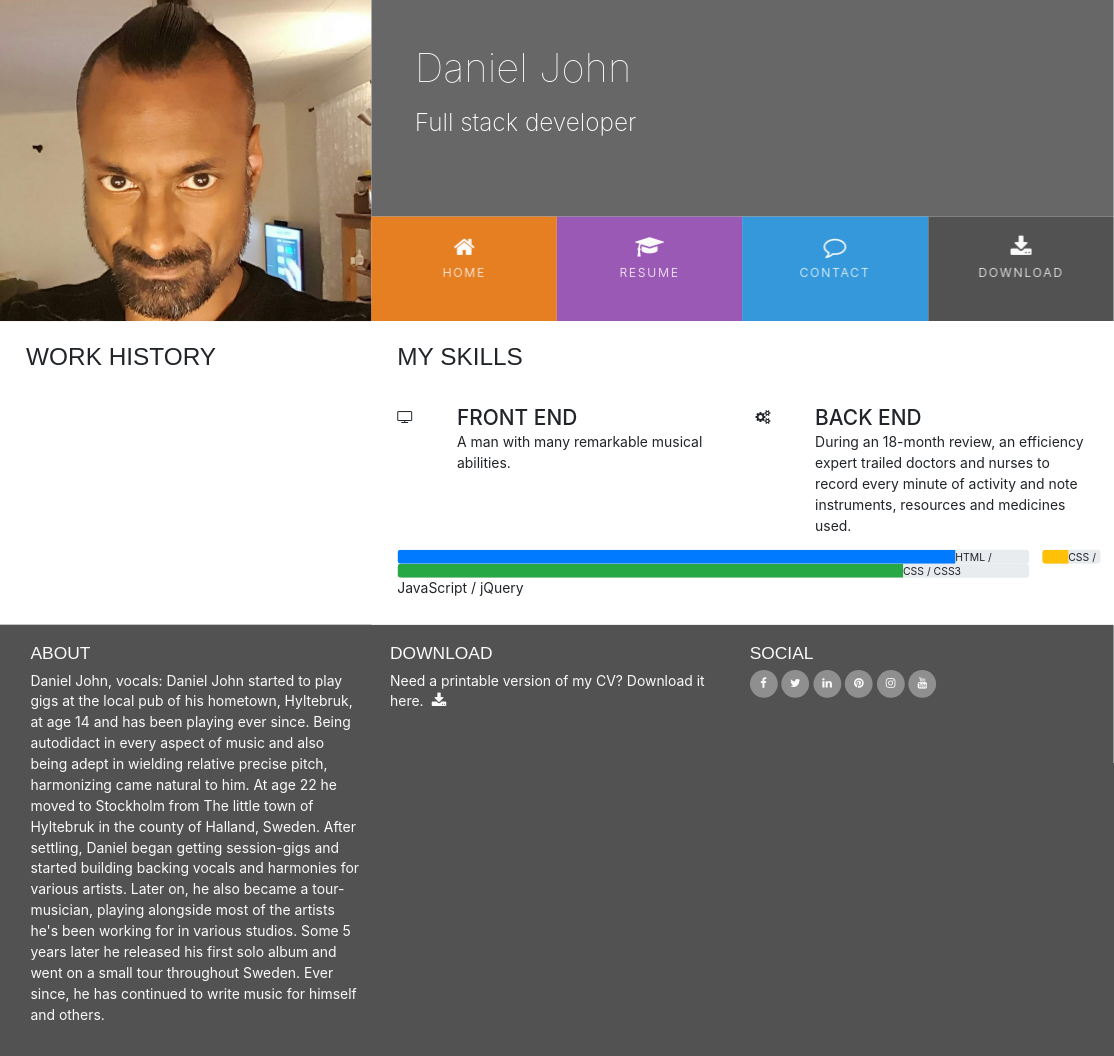
Repository: Jadehammar/initial-commit
Page: resume.html
The author's editor kept a record of every edit. The page is drawn from the files as they stood at one moment, then again after the next edit.
The browser window is 1280 px wide. The pictures show the whole page, at 87% of full size.

Above is the page before.

### resume.html
<!DOCTYPE html>
<html lang="en">

<head>
    <meta charset="UTF-8">
    <meta name="viewport" content="width=device-width, initial-scale=1.0">
    <meta http-equiv="X-UA-Compatible" content="ie=edge">
    <link rel="stylesheet" href="https://stackpath.bootstrapcdn.com/font-awesome/4.7.0/css/font-awesome.min.css" type="text/css" />
    <link rel="stylesheet" href="https://cdnjs.cloudflare.com/ajax/libs/hover.css/2.3.1/css/hover-min.css" type="text/css" />
    <link rel="stylesheet" href="https://stackpath.bootstrapcdn.com/bootstrap/4.3.1/css/bootstrap.min.css" type="text/css" />
    <link rel="stylesheet" href="assets/css/style.css" type="text/css" />
    <title>Daniel John resume</title>
</head>
<body>
    <header>
        <div class="row no-gutters">
            <a href="index.html" class="col-md-4 logo"></a>
            <div class="col-md-8">
                <div class="row no-gutters bg-color-name-title">
                    <div class="col heading">
                        <h1 class="name">Daniel John</h1>
                        <h2 class="title">Full stack developer</h2>
                    </div>
                </div>
                <div class="row no-gutters">
                    <div class="col">
                        <ul id="nav" class="list-inline menucontainer">
                            <li class="col-6 col-sm-3 ui-menue-color-home list-inline-item menueitem">
                                <a href="#" class="hvr-sweep-to-bottom"><i class="fa fa-home" aria-hidden="true"></i><span>Home</span></a>
                            </li>
                            <li class="col-6 col-sm-3 ui-menue-color-resume list-inline-item menueitem">
                                <a href="#" class="hvr-sweep-to-bottom"><i class="fa fa-graduation-cap" aria-hidden="true"></i><span>Resume</span></a>
                            </li>
                            <li class="col-6 col-sm-3 ui-menue-color-contact list-inline-item menueitem">
                                <a href="#" class="hvr-sweep-to-bottom"><i class="fa fa-comment-o" aria-hidden="true"></i><span>Contact</span></a>
                            </li>
                            <li class="col-6 col-sm-3 ui-menue-color-download list-inline-item menueitem">
                                <a href="#" class="hvr-sweep-to-bottom"><i class="fa fa-download" aria-hidden="true"></i><span>Download</span></a>
                            </li>

                        </ul>
                    </div>
                </div>
            </div>
    </header>
    <section class="container-fluid">
        <div class="row">
            <div class="col-md-4 bg-color-personal-info section-column">
                <div class="row">
                    <div class="col-12">
                        <h3 class="section-heading uppercase">
                            Work history
                        </h3>
                    </div>
                </div>
            </div>
            <div class="col-md-8 bg-color-three-reasons section-column">
                <div class="row">
                    <div class="col">
                        <h3 class="section-heading uppercase">My Skills</h3>
                    </div>
                </div>
                <div class="row">
                    <div class="col-10 offset-1 offset-sm-0 col-sm-4 col-md-6">
                        <div class="row">
                            <div class="col-2">
                                <i class="three-reasons-icon fa fa-tv" aria-hidden="true"></i>
                            </div>
                            <div class="col-10">
                                <h4 class="three-reasons-heading uppercase">Front End</h4>
                                <p>
                                    A man with many remarkable musical abilities.
                                </p>
                            </div>
                        </div>
                    </div>
                    <div class="col-10 offset-1 offset-sm-0 col-sm-4 col-md-6">
                        <div class="row">
                            <div class="col-2">
                                <i class="three-reasons-icon fa fa-gears" aria-hidden="true"></i>
                            </div>
                            <div class="col-10">
                                <h4 class="three-reasons-heading uppercase">Back End</h4>
                                <p>
                                    During an 18-month review, an efficiency expert trailed doctors and nurses to record every minute of activity and note instruments, resources and medicines used.
                                </p>
                            </div>
                        </div>
                    </div>
                </div>
                <div class="row progress-section">
                    <div class="col">
                        <div class="progress">
                            <div class="progress-bar" role="progressbar" aria-valuenow="90" aria-valuemin="0" aria-valuemax="100" style="width:90%;">
                                <span class="sr-only">90% complete</span>
                            </div>
                            <span class="progress-type">HTML / HTML5</span>
                        </div>
                        <div class="progress">
                            <div class="progress-bar bg-success" role="progressbar" aria-valuenow="80" aria-valuemin="0" aria-valuemax="100" style="width:80%;">
                                <span class="sr-only">80% complete</span>
                            </div>
                            <span class="progress-type">CSS / CSS3</span>
                        </div>
                        <div class="progress-bar bg-info" role="progressbar" aria-valuenow="70" aria-valuemin="0" aria-valuemax="100" style="width:70%;">
                                <span class="sr-only">70% complete</span>
                            </div>
                            <span class="progress-type">JavaScript / jQuery</span>
                        </div>
                        <div class="progress">
                            <div class="progress-bar bg-warning" role="progressbar" aria-valuenow="80" aria-valuemin="0" aria-valuemax="100" style="width:80%;">
                                <span class="sr-only">80% complete</span>
                            </div>
                            <span class="progress-type">CSS / CSS3</span>
                        </div>
                </div>
            </div>
    </section>
    <footer class="container-fluid">
        <div id="footer-details" class="row">
            <div class="col-sm-4">
                <h5 class="uppercase general-sub">About</h5>
                <p class="inline-block">
                    Daniel John, vocals: Daniel John started to play gigs at the local pub of his hometown, Hyltebruk, at age 14 and has been playing ever since. Being autodidact in every aspect of music and also being adept in wielding relative precise pitch, harmonizing
                    came natural to him. At age 22 he moved to Stockholm from The little town of Hyltebruk in the county of Halland, Sweden. After settling, Daniel began getting session-gigs and started building backing vocals and harmonies for various
                    artists. Later on, he also became a tour-musician, playing alongside most of the artists he's been working for in various studios. Some 5 years later he released his first solo album and went on a small tour throughout Sweden. Ever
                    since, he has continued to write music for himself and others.
                </p>
            </div>
            <div class="col-sm-4">
                <h5 class="uppercase general-sub">Download</h5>
                <p class="inline-block">
                    Need a printable version of my CV? Download it here.
                    <a href="#" taraget="_blank" class="cv-pdf">
                        <i class="fa fa-download" aria-hidden="true"></i>
                        <span class="sr-only">Download link.</span>
                    </a>
                </p>
            </div>
            <div class="col-sm-4">
                <h5 class="uppercase general-sub">social</h5>
                <ul class="list-inline social-links">
                    <li class="list-inline-item">
                        <a target="_blank" href="#">
                            <i class="fa fa-facebook" aria-hidden="true"></i>
                            <span class="sr-only">Facebook</span>
                        </a>
                    </li>
                    <li class="list-inline-item">
                        <a target="_blank" href="#">
                            <i class="fa fa-twitter" aria-hidden="true"></i>
                            <span class="sr-only">Twitter</span>
                        </a>
                    </li>
                    <li class="list-inline-item">
                        <a target="_blank" href="#">
                            <i class="fa fa-linkedin" aria-hidden="true"></i>
                            <span class="sr-only">LinkedIn</span>
                        </a>
                    </li>
                    <li class="list-inline-item">
                        <a target="_blank" href="#">
                            <i class="fa fa-pinterest" aria-hidden="true"></i>
                            <span class="sr-only">Pinterest</span>
                        </a>
                    </li>
                    <li class="list-inline-item">
                        <a target="_blank" href="#">
                            <i class="fa fa-instagram" aria-hidden="true"></i>
                            <span class="sr-only">Instagram</span>
                        </a>
                    </li>
                    <li class="list-inline-item">
                        <a target="_blank" href="#">
                            <i class="fa fa-youtube" aria-hidden="true"></i>
                            <span class="sr-only">YouTube</span>
                        </a>
                    </li>
                </ul>
            </div>
        </div>

    </footer>

</body>

</html>

### assets/css/style.css
@import url('https://fonts.googleapis.com/css?family=Roboto:100,200,300,400,500,600,700│exo:100,200,300,400,500,600,700');

/*---------------------------------------------color-------------------------------------*/

.bg-color-name-title {
    background-color: #676767;
}

.bg-color-three-reasons {
    background-color: #fff;
}

.ui-menue-color-home {
    background-color: #e67e22;

}

.ui-menue-color-resume {
    background-color: #9b59b6;

}

.ui-menue-color-contact {
    background-color: #3498db;

}

.ui-menue-color-download {
    background-color: #525252;

}


/*---------------------------------------------Special padding/margins/text-------------------------------------*/

h1,
h2,
h3,
h4 {
    margin: 0;
}

.uppercase {
    text-transform: uppercase;
}

.general-sub {
    font-family: "Exo", sans-serif;
    font-weight: 300;
    color: #fafafa;
}

.inline-block {
    display: inline-block;
}

.row-table {
    display: table;
}

.section-column{
    display: table-cell;
    padding: 0 30px 30px;
    float: none;
}

.section-heading{
    font-family: "Exo", sans-serif;
    font-weight: 300;
    margin-bottom: 40px;
    margin-top: 25px;
}
/*---------------------------------------------Heading-------------------------------------*/

header {
    margin: 0;
}

.heading {
    margin-left: 50px;

}

.logo {
    background: url("../images/närbild_p.jpg");
    background-position: center;
    background-repeat: no-repeat;
    background-size: cover;
    min-height: 360px;
    transition: all .75s ease-in-out;
    -moz-transition: all .75s ease-in-out;
    -webkit-transition: all .75s ease-in-out;
    -o-transition: all .75s ease-in-out;
}

.name {
    font-family: "Exo" sans-serif;
    font-weight: 100;
    font-size: 46px;
    margin-top: 50px;
    color: #fff;
}

.title {
    font-family: "Roboto" sans-serif;
    font-weight: 200;
    font-size: 28px;
    margin-top: 20px;
    margin-bottom: 90px;
    color: #fff;
}

.list-inline-item:not(:last-child) {
    margin: 0;
}

.menucontainer {
    font-size: 0;
}

#nav li {
    font-size: 14px;
    padding: 0;
}

#nav {
    margin: 0;
}

.menueitem {
    height: 120px;
    text-align: center;
    padding: 0;
}

.menueitem a {
    width: 100%;
    text-decoration: none;
    color: #fff;
    height: 120px;
}

.menueitem a i {
    padding-top: 22px;
    display: block;
    color: #fafafa;
    font-size: 26px;
}

.menueitem span {
    display: block;
    width: 100%;
    padding-top: 5px;
    text-align: center;
    text-transform: uppercase;
    font-size: 14px;
    font-weight: 300;
    letter-spacing: 2px;
}


/*---------------------------------------------Hover.css-------------------------------------*/

.hvr-sweep-to-bottom:before {
    background: rgba(0, 0, 0, 0.2);
    height: 120px;
}

/*---------------------------------------------Footer-------------------------------------*/

footer {
    background-color: #525252;
    color: #fafafa;
    min-height: 120px;
    margin: 0;
}

.cv-pdf i {
    font-size: 18px;
    color: #fafafa;
    text-align: center;
    padding-left: 5px;
    transition: all 0.35s ease-in-out;
    -moz-transition: all 0.35s ease-in-out;
    -webkit-transition: all 0.35s ease-in-out;
    -o-transition: all 0.35 ease-in-out;
}

.cv-pdf i:hover {
    color: #e84160;
}

.social-links {
    padding-bottom: 15px;
}


.social-links li a i {
    width: 32px;
    height: 32px;
    padding: 12px 0;
    border-radius: 50%;
    font-size: 13px;
    line-height: 7px;
    text-align: center;
    color: #fafafa;
    background: #8f8f8f;
    transition: all 0.35s ease-in-out;
    -moz-transition: all 0.35s ease-in-out;
    -webkit-transition: all 0.35s ease-in-out;
    -o-transition: all 0.35 ease-in-out;
}

.social-links li a i:hover {
    background: #e84610;
}

#footer-details {
    padding: 20px;
}

After the next edit:
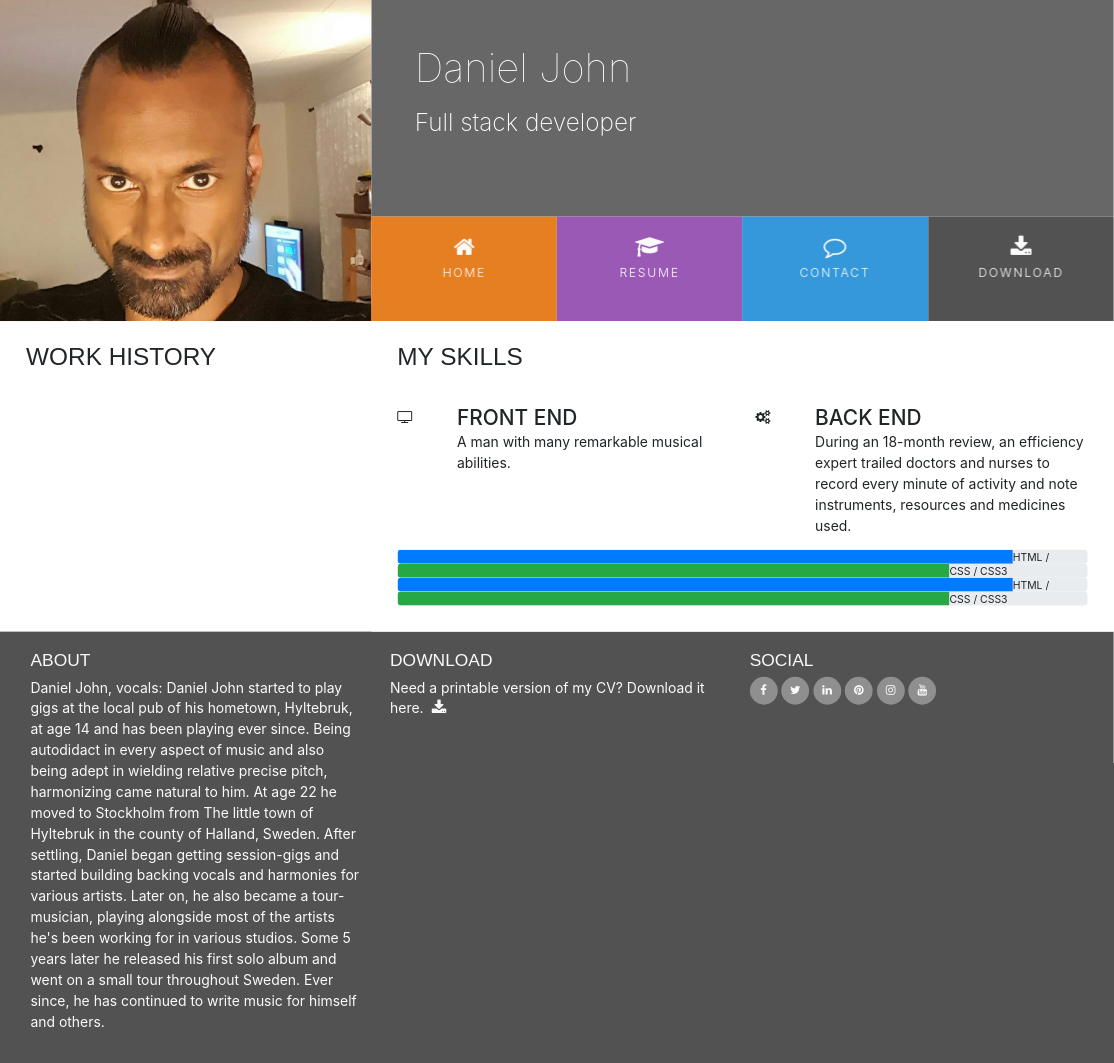
The edit:
--- a/resume.html
+++ b/resume.html
@@ -11,6 +11,7 @@
     <link rel="stylesheet" href="assets/css/style.css" type="text/css" />
     <title>Daniel John resume</title>
 </head>
+
 <body>
     <header>
         <div class="row no-gutters">
@@ -102,19 +103,20 @@
                             </div>
                             <span class="progress-type">CSS / CSS3</span>
                         </div>
-                        <div class="progress-bar bg-info" role="progressbar" aria-valuenow="70" aria-valuemin="0" aria-valuemax="100" style="width:70%;">
-                                <span class="sr-only">70% complete</span>
+                        <div class="progress">
+                            <div class="progress-bar" role="progressbar" aria-valuenow="90" aria-valuemin="0" aria-valuemax="100" style="width:90%;">
+                                <span class="sr-only">90% complete</span>
                             </div>
-                            <span class="progress-type">JavaScript / jQuery</span>
+                            <span class="progress-type">HTML / HTML5</span>
                         </div>
                         <div class="progress">
-                            <div class="progress-bar bg-warning" role="progressbar" aria-valuenow="80" aria-valuemin="0" aria-valuemax="100" style="width:80%;">
+                            <div class="progress-bar bg-success" role="progressbar" aria-valuenow="80" aria-valuemin="0" aria-valuemax="100" style="width:80%;">
                                 <span class="sr-only">80% complete</span>
                             </div>
                             <span class="progress-type">CSS / CSS3</span>
                         </div>
+                    </div>
                 </div>
-            </div>
     </section>
     <footer class="container-fluid">
         <div id="footer-details" class="row">
